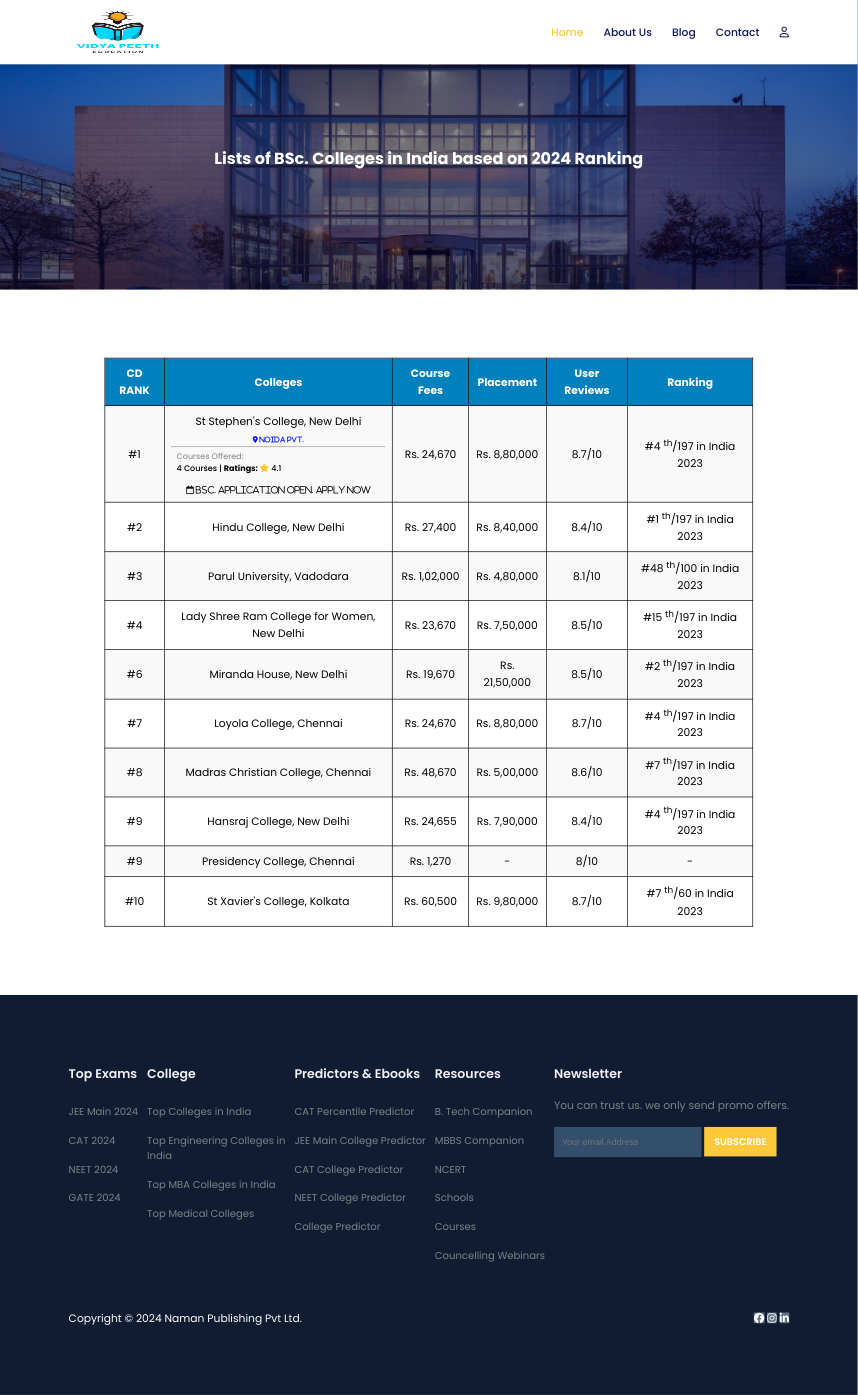
Repository: NamanSahu09/VidyaPreet-Ed-Tech-Website
Page: bsc.html
The author's editor kept a copy of each file at every save. The page is drawn from the files as they stood at one save, then again after the next save.
The browser window is 1280 px wide. The pictures show the whole page, at 67% of full size.
Some web libraries are served in a nearby version.

Above is the page before, as saved 2024-04-12 13:01:21.

### bsc.html
<!DOCTYPE html>
<html lang="en">
<head>
	<meta charset="UTF-8">
	<meta name="viewport" content="width=device-width, initial-scale=1.0">
	<title>Top BSc Colleges in India</title>

	<!-- font Awesome CDN link -->
	<link rel="stylesheet" href="https://cdnjs.cloudflare.com/ajax/libs/font-awesome/6.1.1/css/all.min.css" />

	<!-- External CSS -->
	<!-- <link rel="stylesheet" href="style.css"> -->
	<!-- <link rel="stylesheet" href="about.css"> -->
	<link rel="stylesheet" href="bsc.css">



	<!-- JQuery CDN link -->
	<script src="https://code.jquery.com/jquery-3.6.0.min.js" integrity="sha256-/xUj+3OJU5yExlq6GSYGSHk7tPXikynS7ogEvDej/m4=" crossorigin="anonymous"></script>
</head>
<body>
	<!-- Navigation start -->
	<nav>
		<img src="img/Vidya peeth.png" class="logo" alt="" height="70px"  width="250px"/>

		<div class="navigation">
			<ul>
				<i id="menu-close" class="fas fa-times"></i>
				<li><a href="index.html" class="active">Home</a></li>
				<li><a href="about.html">About Us</a></li>
				<li><a href="blog.html">Blog</a></li>
				<!-- <li><a href="courses.html">Courses</a></li> -->
				<li><a href="contact.html">Contact</a></li>
				<li><a href="#">
					<i class="far fa-user"></i>
					</a>
				</li>


			</ul>

			<img src="img/menu.png" id="menu-btn" alt="">
		</div>
	</nav>
	<!-- Navigation ends -->



  <!-- login sign-up-form -->

  <div class="form">
    <!-- login -->
    <div class="login-form">

      <!-- cancel-btn -->

      <a href="#" class="form-cancel">
        <i class="fas fa-times"></i>
      </a>


      <strong>Log In</strong>
      <!-- inputs -->
      <form >
        <input type="email" placeholder="Example@gmail.com" name="email" required>
        <input type="password" placeholder="Password" name="password" required>
        <!-- submit-btn -->
        <input type="submit" value="Log In">
      </form>

      <!-- Forget-and-signup -->
      <div class="form-btns">
          <a href="#" class="forget">Forget Your Password?</a>
          <a href="#" class="sign-up-btn">Create Account</a>
    </div>

    </div>




     <!-- Sign Up -->
     <div class="sign-up-form">

      <!-- cancel-btn -->

      <a href="#" class="form-cancel">
        <i class="fas fa-times"></i>
      </a>


      <strong>Sign In</strong>
      <!-- inputs -->
      <form >
        <input type="text" placeholder="Full Name" name="fullname" required>
        <input type="email" placeholder="Example@gmail.com" name="email" required>
        <input type="password" placeholder="Password" name="password" required>
        <!-- submit-btn -->
        <input type="submit" value="Sign Up">
      </form>

      <!-- Forget-and-signup -->
      <div class="form-btns">
          <a href="#" class="already-acount">Already have Account?</a>
    </div>

    </div>

  </div>







	<!-- Hero section starts from here -->
	<section id="about-home">
		<h2>
			Lists of BSc. Colleges in India based on 2024 Ranking
		</h2>
	</section>
	<!-- Hero section ends from here -->


	<section id="contact">


		<table cellspacing="10px" cellpadding="10px" border="1" align="center"  class="custom-table">
			<tr align="center">
	<th>CD RANK</th>
	<th>Colleges</th>
	<th>Course Fees</th>
	<th>Placement</th>
	<th>User Reviews</th>
	<th>Ranking</th>
	</tr>

	<tr align="center">
	<td>#1</td>
	<td><a href="https://www.ststephens.edu/">St Stephen's College, New Delhi</a><br>
		<i class="fa-solid fa-location-dot " style="font-size: 10px; "> Noida Pvt.</i>
		<hr>

<div class="container">
	<p style="font-size: 12px; color: grey; margin-left: 0.5rem; margin-top: 4px;" align="left">Courses Offered:</p>
	<p align="left" style="margin-left: 0.5rem; font-size: 12px; font-weight: 500; ">4 Courses |
			<b>Ratings: </b><i align="left" class="fa-solid fa-star"></i> 4.1
	</p>
<br>
	<i class="fa-regular fa-calendar"> BSc. Application Open. <a href="">Apply Now</a> </i>

</div>






	</td>
	<td>Rs. 24,670</td>
	<td>Rs. 8,80,000</td>
	<td>8.7/10</td>
	<td>#4 <sup>th</sup>/197 in India 2023 </td>
	</tr>

	<tr align="center">
	<td>#2</td>
	<td><a href="https://hinducollege.ac.in/">Hindu College, New Delhi  </a></td>
	<td>Rs. 27,400</td>
	<td>Rs. 8,40,000</td>
	<td>8.4/10</td>
	<td>#1 <sup>th</sup>/197 in India 2023 </td>
	</tr>	<tr align="center">
	<td>#3</td>
	<td><a href="https://paruluniversity.ac.in/">Parul University, Vadodara</a></td>
	<td>Rs. 1,02,000</td>
	<td>Rs. 4,80,000</td>
	<td>8.1/10</td>
	<td>#48 <sup>th</sup>/100 in India 2023 </td>
	</tr>	<tr align="center">
	<td>#4</td>
	<td>Lady Shree Ram College for Women, New Delhi</td>
	<td>Rs. 23,670</td>
	<td>Rs. 7,50,000</td>
	<td>8.5/10</td>
	<td>#15 <sup>th</sup>/197 in India 2023 </td>
	</tr>	<tr align="center">
	<td>#6</td>
	<td>Miranda House, New Delhi</td>
	<td>Rs. 19,670</td>
	<td>Rs. 21,50,000</td>
	<td>8.5/10</td>
	<td>#2 <sup>th</sup>/197 in India 2023 </td>
	</tr>	<tr align="center">
	<td>#7</td>
	<td>Loyola College, Chennai</td>
	<td>Rs. 24,670</td>
	<td>Rs. 8,80,000</td>
	<td>8.7/10</td>
	<td>#4 <sup>th</sup>/197 in India 2023 </td>
	</tr>	<tr align="center">
	<td>#8</td>
	<td>Madras Christian College, Chennai</td>
	<td>Rs. 48,670</td>
	<td>Rs. 5,00,000</td>
	<td>8.6/10</td>
	<td>#7 <sup>th</sup>/197 in India 2023 </td>
	</tr>	<tr align="center">
	<td>#9</td>
	<td>Hansraj College, New Delhi</td>
	<td>Rs. 24,655</td>
	<td>Rs. 7,90,000</td>
	<td>8.4/10</td>
	<td>#4 <sup>th</sup>/197 in India 2023 </td>
	</tr>	<tr align="center">
	<td>#9</td>
	<td>Presidency College, Chennai</td>
	<td>Rs. 1,270</td>
	<td> - </td>
	<td>8/10</td>
	<td > - </td>
	</tr>	<tr align="center">
	<td>#10</td>
	<td>St Xavier's College, Kolkata</td>
	<td>Rs. 60,500</td>
	<td>Rs. 9,80,000</td>
	<td>8.7/10</td>
	<td>#7 <sup>th</sup>/60 in India 2023 </td>
	</tr>


	</table>












	</section>






<!--
	<section id="map">
		<iframe src="https://www.google.com/maps/embed?pb=!1m18!1m12!1m3!1d30711686.029386617!2d64.41853642919325!3d20.009139591170264!2m3!1f0!2f0!3f0!3m2!1i1024!2i768!4f13.1!3m3!1m2!1s0x30635ff06b92b791%3A0xd78c4fa1854213a6!2sIndia!5e0!3m2!1sen!2sin!4v1652012148253!5m2!1sen!2sin" style="border:0;" allowfullscreen="" loading="lazy" referrerpolicy="no-referrer-when-downgrade"></iframe>
	</section> -->


	<!-- Footer section starts from here -->
	<footer>
		<div class="footer-col">
			<h3>Top Exams</h3>
			<li>JEE Main 2024</li>
			<li>CAT 2024</li>
			<li>NEET 2024</li>
			<li>GATE 2024</li>

		</div>

		<div class="footer-col">
			<h3>College</h3>
			<li>Top Colleges in India</li>
			<li>Top Engineering Colleges in <br>India</li>
			<li>Top MBA Colleges in India</li>
			<li>Top Medical Colleges</li>
		</div>

		<div class="footer-col">
			<h3>Predictors & Ebooks</h3>
			<li>CAT Percentile Predictor</li>
			<li>JEE Main College Predictor</li>
			<li>CAT College Predictor</li>
			<li>NEET College Predictor</li>
			<li>College Predictor</li>
		</div>

		<div class="footer-col">
			<h3>Resources</h3>
			<li>B. Tech Companion</li>
			<li>MBBS Companion</li>
			<li>NCERT</li>
			<li>Schools</li>
			<li>Courses</li>
			<li>Councelling Webinars</li>
		</div>

		<div class="footer-col">
			<h3>Newsletter</h3>
			<p>You can trust us. we only send promo offers.</p>

			<div class="subscribe">
				<input type="email" placeholder="Your email Address">
				<a href="#" class="yellow">SUBSCRIBE</a>
			</div>
		</div>

		<div class="copyright">
			<p align="center">
				Copyright &copy; 2024 Naman Publishing Pvt Ltd.
			</p>
			<div class="pro-links">
				<i class="fab fa-facebook"></i>
				<i class="fab fa-instagram"></i>
				<i class="fab fa-linkedin-in"></i>
			</div>
		</div>
	</footer>
	<!-- Footer section ends from here -->

	<script>
		// Show menu links on burger click
		$('#menu-btn').click(function(){
			$('nav .navigation ul').addClass('active')
		});

		// Hide navbar on click function
		$('#menu-close').click(function(){
			$('nav .navigation ul').removeClass('active')
		});

 /*---For Login and Sign-up----------------------------*/

 $(document).on('click', '.far.fa-user', function(){
    $('.form').addClass('login-active').removeClass('sign-up-active');
});

$(document).on('click', '.sign-up-btn', function(){
    $('.form').removeClass('login-active').addClass('sign-up-active');
});

$(document).on('click', '.form-cancel', function(){
    $('.form').removeClass('login-active').removeClass('sign-up-active');
});

$(document).on('click', '.already-acount', function(){
    $('.form').addClass('login-active').removeClass('sign-up-active');
});


	</script>

</body>
</html>

### bsc.css
@import url('https://fonts.googleapis.com/css2?family=Inter:wght@100;200;300;400;500&family=Poppins:ital,wght@0,100;0,200;0,300;0,400;0,500;0,600;0,700;0,800;0,900;1,700;1,800;1,900&display=swap');
*
{
	margin: 0;
	padding: 0;
	box-sizing: border-box;
}
body
{
	font-family: 'Poppins', sans-serif;
}
h1
{
	font-size: 2.5rem;
	font-weight: 700;
	color: rgb(35, 35, 85);
}

span
{
	font-size: .9rem;
}

h6
{
	font-size: 1.1rem;
	color: rgb(24, 24, 49);
}


/*------------- Navigation style start ------------*/
nav
{
	position: fixed;
	width: 100%;
	background-color: #fff;
	display: flex;
	justify-content: space-between;
	align-items: center;
	padding: 1vw 8vw;
	box-shadow: 2px 2px 10px rgba(0, 0, 0, 0.15);
	z-index: 1;
}

nav .logo
{
	width: 150px;
	cursor: pointer;
}

nav .navigation
{
	display: flex;
}

#menu-btn
{
	width: 30px;
	height: 30px;
	display: none;
}

#menu-close
{
	display: none;
}

nav .navigation ul
{
	display: flex;
	justify-content: flex-end;
	align-items: center;
}

nav .navigation ul li
{
	list-style: none;
	margin-left: 30px;
}

nav .navigation ul li a
{
	text-decoration: none;
	color: rgb(21, 21, 100);
	font-size: 16px;
	font-weight: 500;
	transition: 0.3s ease;
}

nav .navigation ul li a.active,
nav .navigation ul li a:hover
{
	color: #FDC93B;

}
/*------------- Navigation style end ------------*/

/* Login Form and Sign In form */


.form{
  width:100%;
  height: 100%;
  position: fixed;
  /* top: 0px;
  left: 0px; */
  background-color: rgba(0,0,0,0.2);
  display: flex;
  justify-content: center;
  align-items: center;
  flex-direction: column;
  z-index: 102;
}


.login-form,
.sign-up-form{
  width:420px;
  padding: 20px 10px;
  background-color: #ffffff;
  box-shadow: 2px 2px 30px rgba(0,0,0,0.1);
  display: flex;
  justify-content: center;
  align-items: center;
  flex-direction: column;
  border-radius: 5px;
  position: relative;

}
.login-form form,
.sign-up-form form{
  display: flex;
  justify-content: center;
  align-items: center;
  flex-direction: column;
  width: 100%;
}
.login-form strong,
.sign-up-form strong{
  color: #272727;
  font-size: 2rem;
  margin: 2px 7px 7px 7px;
  text-transform: uppercase;
  letter-spacing: 0.5px;
  font-weight: 500;
}
.login-form input,
.sign-up-form input{
  width:90%;
  height: 45px;
  margin: 6px 0px;
  padding: 0px 10px;
  border: 1px solid rgba(0,0,0,0.1);
  outline: none;
  border-radius: 7px;
}
.login-form input::placeholder,
.sign-up-form input::placeholder{
  color: rgba(0,0,0,0.5);
}
.login-form input[type="submit"],
.sign-up-form input[type="submit"]{
  background-color: #0b9d8a;
  color: #ffffff;
  border: none;
  outline: none;
  text-transform: uppercase;
  margin-top: 10px;
  border-radius: 3px;
  box-shadow: 2px 2px 30px rgba(0,0,0,0.1);
}
.form-btns{
  width: 90%;
  display: flex;
  justify-content: space-between;
  align-items: center;
  margin-top: 10px;
}
.form-btns a{
  color: #4d4d4d;
  font-size: 0.9rem;
}
.sign-up-btn{
  border-bottom: 1px solid #868686;
  line-height: 16px;
}
.form-cancel{
  position: absolute;
  right: 20px;
  top: 10px;
  color: #868686;
}
.login-form,
.sign-up-form,
.form{
  display: none;
}
.login-active,
.login-active .login-form{
  display: flex;
  animation: fade 0.3s;
}

.sign-up-active,
.sign-up-active .sign-up-form{
  display: flex;
  animation: fade 0.3s;
}
@keyframes fade{
  0%{
      opacity: 0;
  }
  100%{
      opacity: 1;
  }
}

/* - - - - - - - - - - - - - - - - - - - --  - - - - - - -  */






#contact
{
	padding: 8vw;
	display: flex;
	justify-content: space-between;
	align-items: flex-start;
}



/* ----------------------------------------------------------------------------------------------------- */

/* Table  */


.custom-table {
  width: 90%;
  margin: 0 auto;
  border-collapse: collapse;
}

/* Apply styles to table header cells (th) */
.custom-table th {
  background-color: #0081bd;
	color:white;
  border: 1px solid black;
  padding: 10px;
  text-align: center;
}

/* Apply styles to table data cells (td) */
.custom-table td {
  border: 1px solid black;
  padding: 10px;
  text-align: center;
}

/* Apply alternate background color to even rows */
.custom-table tr:nth-child(even) {
  background-color: #f9f9f9;
}




/* -------------------------------------------------------- */




#about-home {
	background-image: linear-gradient(rgba(9, 5, 54, 0.3), rgba(5, 4, 46, 0.7)), url(img/back1.jpg);
	width: 100%;
	height: 60vh;
	background-size: cover;
	background-position: center center;
	display: flex;
	flex-direction: column;
	justify-content: center;
	align-items: center;
	text-align: center;
	padding-top: 40px;
}

h2 {
	display: block;
	font-size: 1.5em;
	margin-block-start: 0.83em;
	margin-block-end: 0.83em;
	margin-inline-start: 0px;
	margin-inline-end: 0px;
	font-weight: bold;
	unicode-bidi: isolate;
	color:white;
}




table td a
{
	color:black;
	text-decoration: none;
}

table td a:hover
{
	text-decoration: underline;
	color: blue;
}


.class
{

}


 .fa-star
{
	color: #fdc93b;
	font-size: .8rem;
}
.star
{
	font-size: 0.7rem;
	/* background-color: #98adb7; */
  /* color:white; */
  padding: 10px;
  text-align: left;
}

.fa-location-dot
{
	color: #0015ff;
	font-size:0.1rem;
	text-align:left;
}

.container
{
	display: flex;
	flex-direction:column;
	justify-content:center;
	height: 100%;
	font-size: 0.8rem;

}

.container fa-calendar
{
	font-size: 0.6rem;
}






























































/*------------- Footer section styling starts ------------*/
footer
{
	padding: 8vw;
	background-color: #101c32;
	display: flex;
	justify-content: space-between;
	align-items: flex-start;
	flex-wrap: wrap;
}

footer .footer-col
{
	padding-bottom: 40px;
}

footer h3
{
	color: rgb(241, 240, 245);
	font-weight: 600;
	padding-bottom: 20px;
}

footer li
{
	list-style: none;
	color: #7b838a;
	padding: 10px 0;
	font-size: 15px;
	cursor: pointer;
	transition: 0.3s ease;
}

footer li:hover
{
	color: rgb(241, 240, 245);
}

footer p
{
	color: #7b838a;
}

footer .subscribe
{
	margin-top: 20px;
}

footer input
{
	width: 220px;
	padding: 15px 12px;
	background: #334F6C;
	border: none;
	outline: none;
	color: #fff;
}

footer .subscribe a
{
	text-decoration: none;
	font-size: 0.9rem;
	padding: 12px 15px;
	background-color: #fff;
	font-weight: 600;
}

footer .subscribe a.yellow
{
	color: #fff;
	background: #fdc93b;
	transition: 0.3s ease;
}

footer .subscribe a.yellow:hover
{
	color: rgb(21, 21, 100);
	background: #fff;
}

footer .copyright
{
	margin-top: 20px;
	width: 100%;
	display: flex;
	justify-content: space-between;
	align-items: center;
	flex-wrap: wrap;
}

footer .copyright p, footer .copyright p > a
{
	color: #fff;
	text-decoration: none;
}

footer .copyright .pro-links
{
	margin-top: 0px;
}

footer .copyright .pro-links i
{
	background-color: #5f7185;
	color: #fff;
}

footer .copyright .pro-links i:hover
{
	background: #fdc93b;
	color: #2c2c2c;
}
/*------------- Footer section styling ends ------------*/



/*---------------------------------------------------------*/
/*-------------------- Ipad screen styling ----------------*/
/*---------------------------------------------------------*/
@media screen and (max-width: 789px)
{
	nav
	{
		padding: 15px 20px;
	}

	nav img
	{
		width: 130px;
	}

	#menu-btn
	{
		display: initial;
	}

	#menu-close
	{
		display: initial;
		font-size: 1.6rem;
		color: #fff;
		padding: 30px 0 20px 20px;
	}

	nav .navigation ul
	{
		position: absolute;
		top: 0;
		right: -220px;
		display: flex;
		flex-direction: column;
		justify-content: flex-start;
		align-items: flex-start;
		width: 220px;
		height: 100vh;
		background: rgba(17, 20, 104, 0.45);
		backdrop-filter: blur(4.5px);
		border: 1px solid rgba(255, 255, 255, 0.18);
		transition: 0.3s ease-in;
	}

	nav .navigation ul.active
	{
		right: 0;
	}

	nav .navigation ul li
	{
		padding: 20px 0 20px 40px;
		margin-left: 0;
	}

	nav .navigation ul li a
	{
		color: #fff;
	}

	#home
	{
		padding: 0px;
	}

	#home p
	{
		width: 90%;
	}

	#features
	{
		padding: 8vw 4vw 0 4vw;
	}

	#course
	{
		padding: 8vw 4vw 8vw 4vw;
	}


	#registration
	{
		padding: 6vw 4vw 6vw 4vw;
		gap: 2.2rem;
	}

	#registration .reminder .time
	{
		display: flex;
		justify-content: space-between;
		flex-wrap: wrap;
		margin-top: 40px;
	}

	#experts
	{
		padding: 8vw 4vw 6vw 4vw;
	}

	footer .copyright .pro-links
	{
		margin-top: 20px;
	}
}


@media screen and (max-width: 475px)
{
	#registration
	{
		flex-direction: column;
	}

	.reminder p, .reminder h1
	{
		text-align: center;
	}

	.reminder h1
	{
		font-size: 1.8rem;
	}

	#registration .reminder .time
	{
		justify-content: space-evenly;
		margin-top: 20px;
	}
}

After the next save:
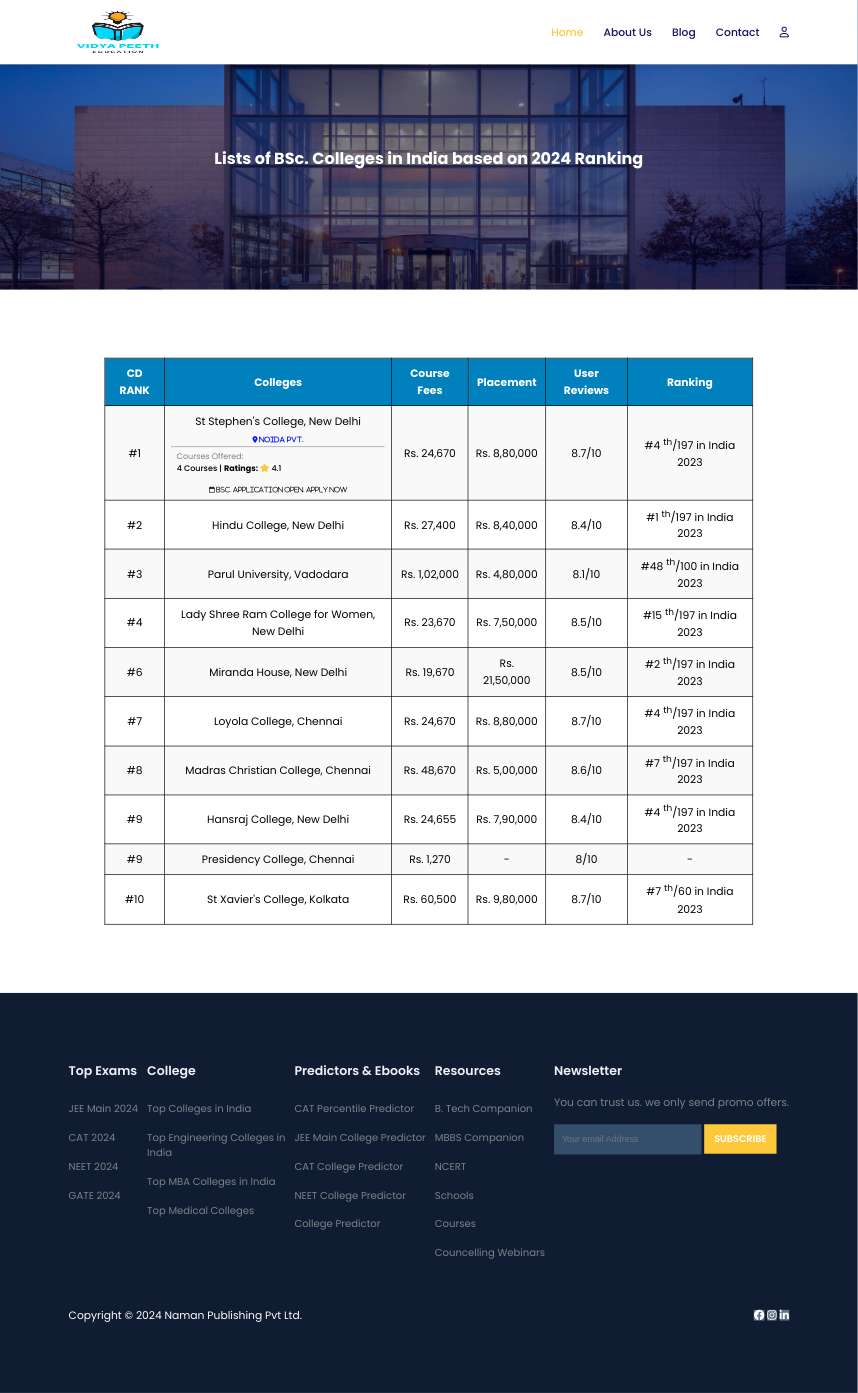
Saved 6 s later.
--- a/bsc.css
+++ b/bsc.css
@@ -351,7 +351,7 @@
 
 }
 
-.container fa-calendar
+.container .fa-calendar
 {
 	font-size: 0.6rem;
 }
